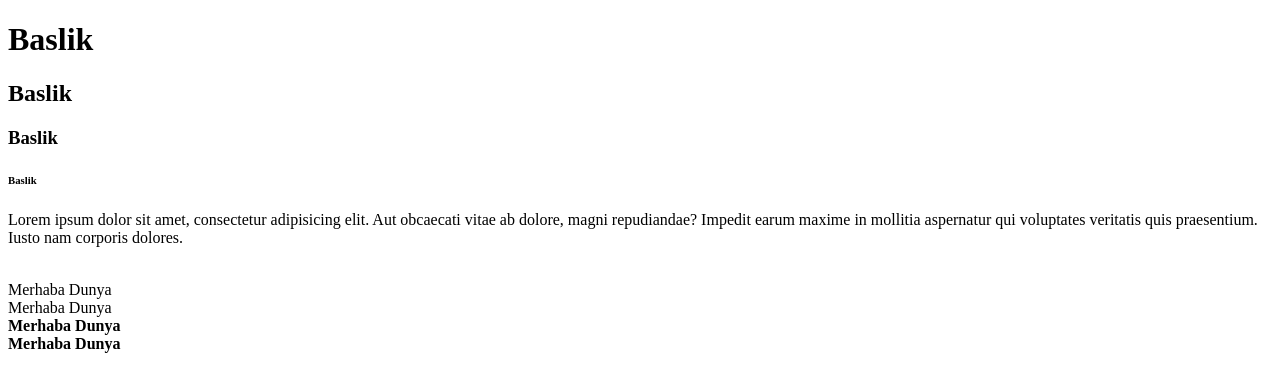
Repository: Kubraaygun/Html_Css_Login
Page: index.html
These files come from the project's save history. The page is drawn as it stood at one moment and after the next save; the edit follows.
The browser window is 1280 px wide. The pictures show the whole page.

Above is the page before, as saved 2025-03-02 20:03:48.

After the next save:
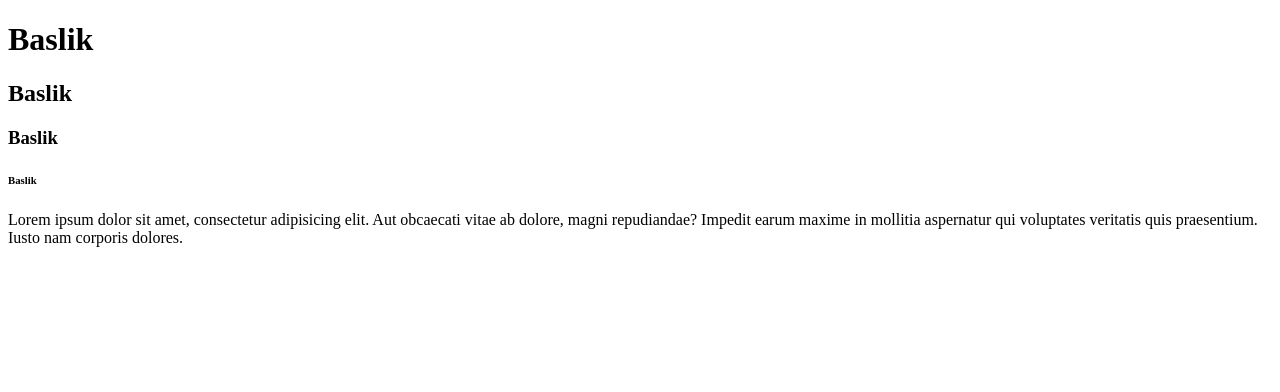
Saved 31 s later.
--- a/index.html
+++ b/index.html
@@ -19,11 +19,11 @@
       dolores.
     </p>
     <br />
-    Merhaba Dunya <br />
+    <!-- Merhaba Dunya <br />
     Merhaba Dunya
     <br />
     <b>Merhaba Dunya</b>
     <br />
-    <strong>Merhaba Dunya</strong>
+    <strong>Merhaba Dunya</strong> -->
   </body>
 </html>

After the save that followed:
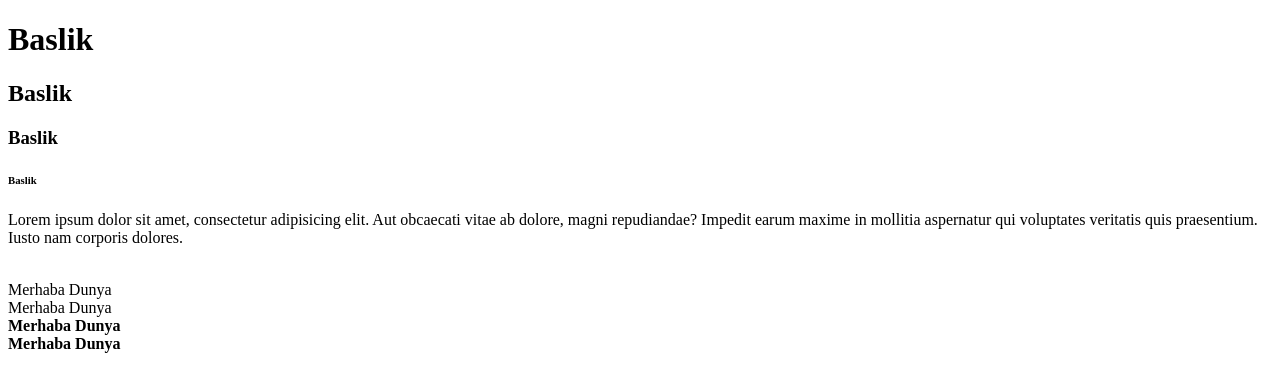
Saved 19 s later.
--- a/index.html
+++ b/index.html
@@ -19,11 +19,11 @@
       dolores.
     </p>
     <br />
-    <!-- Merhaba Dunya <br />
+    Merhaba Dunya <br />
     Merhaba Dunya
     <br />
     <b>Merhaba Dunya</b>
     <br />
-    <strong>Merhaba Dunya</strong> -->
+    <strong>Merhaba Dunya</strong>
   </body>
 </html>
